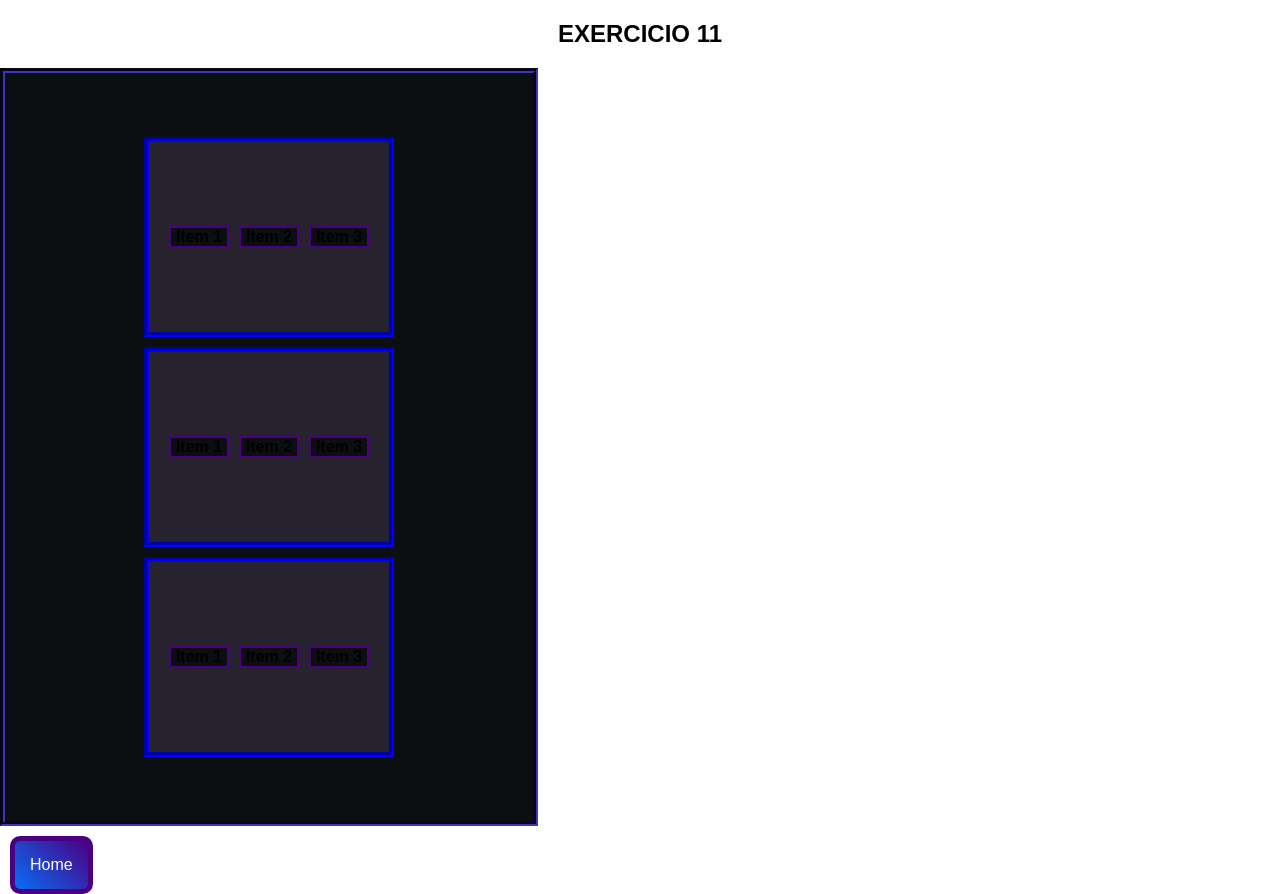
Repository: Elianmrey/TP1-Mobile-First
Page: EXERCISES/EX_11/index.html
An editor plug-in stored every save of this project. The page is shown before and after the next save, followed by the edit.
The browser window is 1280 px wide. The pictures show the whole page.

Above is the page before, as saved 2024-08-04 23:27:09.

### EXERCISES/EX_11/index.html
<!DOCTYPE html>
<html lang="en">

<head>
  <link href="style.css" rel="stylesheet" type="text/css" />
  <meta charset="UTF-8">
  <meta name="viewport" content="width=device-width, initial-scale=1.0">
  <title>Document</title>
</head>
<body>

  <div class="titulo">
    <h2>EXERCICIO 11</h2>
  </div>

  <div class="container-principal">

    <div class="container-verticais">

  <div class="item">Item 1</div>
  <div class="item">Item 2</div>
  <div class="item">Item 3 </div>

</div>

<div class="container-verticais">

<div class="item">Item 1</div>
<div class="item">Item 2</div>
<div class="item">Item 3 </div>
</div>

<div class="container-verticais">

  <div class="item">Item 1</div>
  <div class="item">Item 2</div>
  <div class="item">Item 3 </div>
</div>

  </div>
<a href="/../index.html" class="link-home">Home</a>
</body>

</html>

### EXERCISES/EX_11/style.css
body
{
margin: 0;
padding: 0;
font-family: sans-serif;
}
.titulo
{
  text-align: center;
}

.container-principal
{
  display: flex;
  flex-direction: column;
  justify-content: space-between;
  gap: 10px;
  border: groove 5px rgb(36, 29, 107);
  padding: 5%;
  width: 400px;
  justify-content:  center;
  align-items: center;
  background-color: rgb(12, 15, 17);
}
.container-verticais
{
  display: flex;
  flex-direction: row;
  border: groove 5px blue;
  gap: 10px;
  width: 200px;
  height: 150px;
  justify-content: center;
  align-items: center;
  padding: 20px;
  background-color: rgb(38, 35, 46);
}

 .item
 {
display: flex;
justify-content: center;
width: 150px;
list-style: none;
font-family: sans-serif;
font-weight: 600;
border: solid 2px indigo;
 background-color: rgb(12, 15, 17);
}

.link-home
{
  position: absolute;
  margin: 10px;
  padding: 15px;
  text-decoration: none;
  color: white;
  border: solid 5px indigo;
  border-radius: 10px;;
  background: linear-gradient(45deg, rgb(6, 110, 245), rgb(74, 1, 133))
}

After the next save:
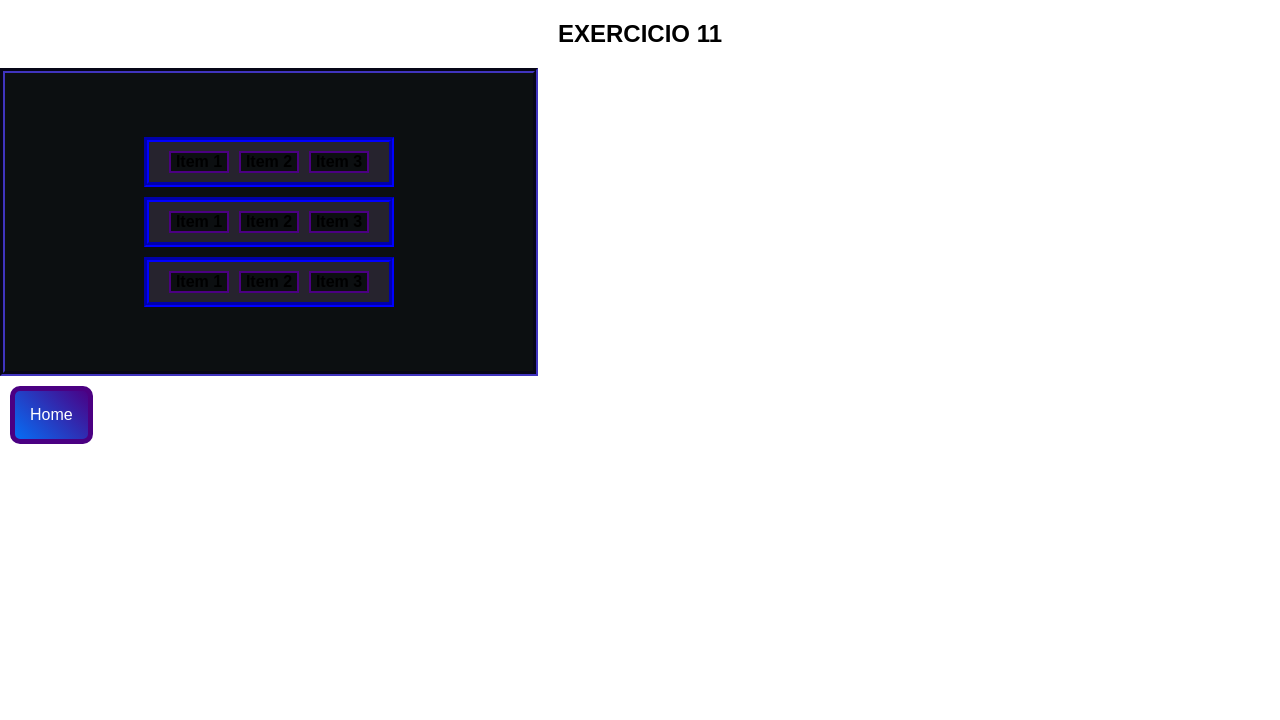
Saved 12 s later.
--- a/EXERCISES/EX_11/style.css
+++ b/EXERCISES/EX_11/style.css
@@ -29,7 +29,7 @@
   border: groove 5px blue;
   gap: 10px;
   width: 200px;
-  height: 150px;
+  height: 0px;
   justify-content: center;
   align-items: center;
   padding: 20px;

After the save that followed:
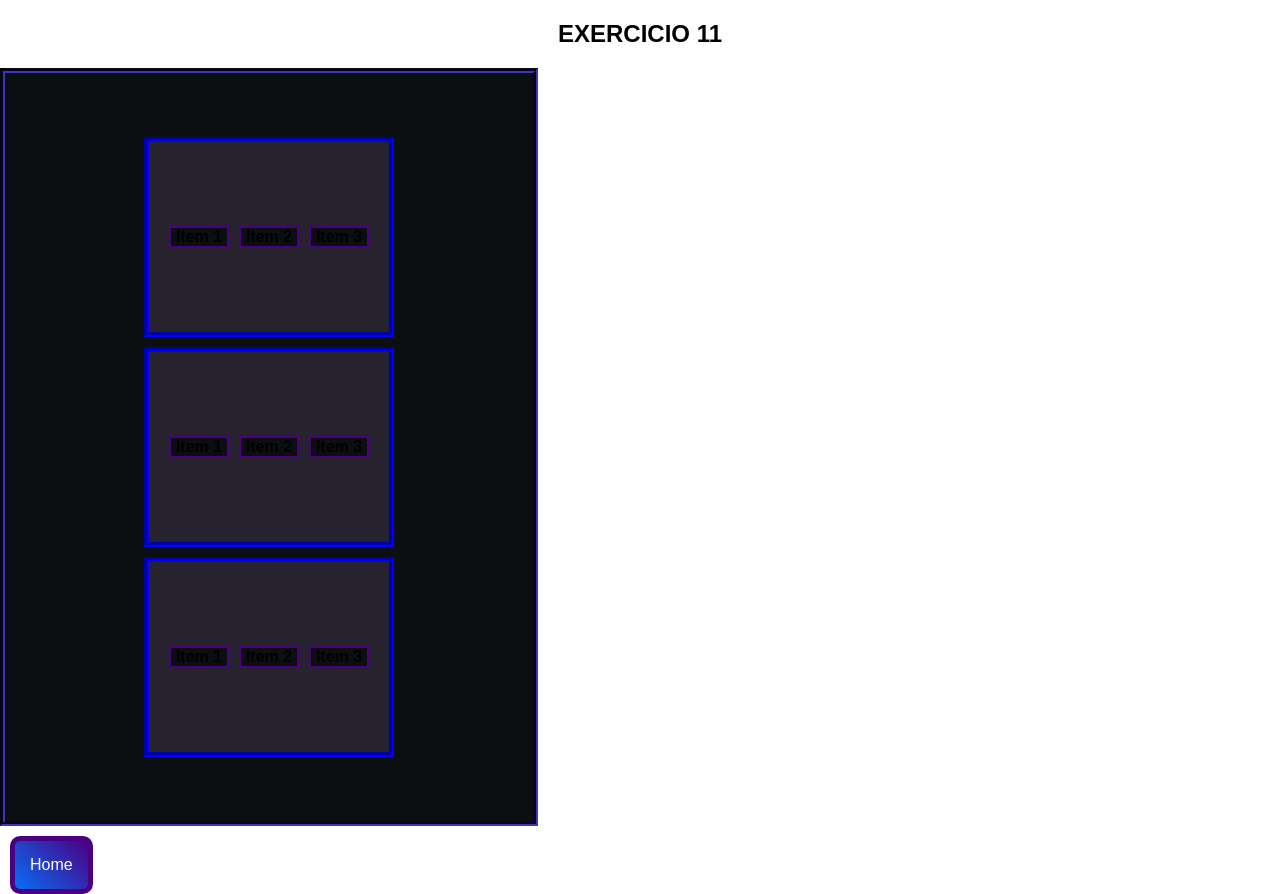
Saved 6 s later.
--- a/EXERCISES/EX_11/style.css
+++ b/EXERCISES/EX_11/style.css
@@ -29,7 +29,7 @@
   border: groove 5px blue;
   gap: 10px;
   width: 200px;
-  height: 0px;
+  height: 150px;
   justify-content: center;
   align-items: center;
   padding: 20px;
